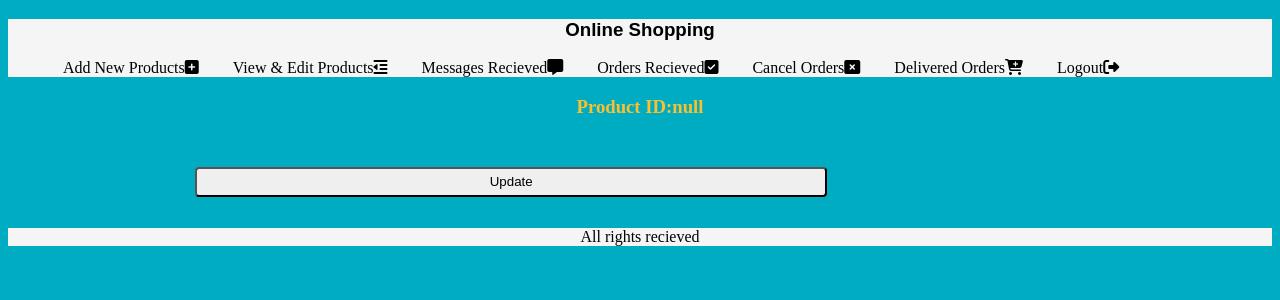
Repository: NidhiDaniel/E-Cart
Page: http://localhost/Online-Shopping-Cart/admin/edit-product.jsp
An editor plug-in stored every save of this project. The page is shown before and after the next save, followed by the edit.
The browser window is 1280 px wide. The pictures show the whole page.
Some web libraries are served in a nearby version. The page is served by Tomcat 9. Queries for data that is not in the repository find no rows.

Above is the page before, as saved 2024-01-06 05:54:36.

### Online-Shopping-Cart/src/main/webapp/admin/edit-product.jsp
<%@page import="com.db.connection.DAOConnection"%>
<%@page import="java.sql.*"%>
<%@ page language="java" contentType="text/html; charset=ISO-8859-1"
	pageEncoding="ISO-8859-1"%>
<%@include file="adminheader.jsp"%>
<!DOCTYPE html>
<html>
<head>
<meta charset="ISO-8859-1">
<title>Edit Product</title>
<link rel="stylesheet" type="text/css" href="../css/admin-product.css">
</head>
<body>
	<div class="product-container">
		<%
		String msg = request.getParameter("msg");
		if ("success".equals(msg)) {
		%>
		<p class='success-msg'>Product Updated Successfully</p>
		<%
		}
		if ("invalid".equals(msg)) {
		%>
		<p class='failure-msg'>Error Occured Check Again..!</p>
		<%
		}
		%>


		<div class="product-form">
			<%
			String id = request.getParameter("id");
			%>
			<h3>
				Product ID:<%
			out.print(id);
			%>
			</h3>
			<form action="update-product-action.jsp" method="post">
				<pre>
				<%
				id = request.getParameter("id");
				try {
					Connection con = DAOConnection.getConnection();
					Statement stmt = con.createStatement();
					ResultSet rs = stmt.executeQuery("select * from product where id=" + id);
					while (rs.next()) {%>
   						<label>Enter Name</label><br>
						<input type="text" name="name" placeholder="<%= rs.getString(2)%>">
						<label>Enter Category</label><br>
						<input type="text" name="category" placeholder="<%= rs.getString(3)%>">
						<label>Enter Price</label><br>
						<input type="text" name="price" placeholder="<%= rs.getString(4)%>">
						<label>Active</label><br>
					    <select name="active">
						<option selected><%= rs.getString(5)%></option>
						<option>No</option>
						<option>Yes</option>
					    </select><br>

					<%}
				} catch (Exception e) {
                   e.printStackTrace();
				}
				%>

			<input type="submit" value="Update">
			</pre>
			</form>
		</div>
	</div>
</body>
</html>
<%@include file="../footer.jsp"%>

### Online-Shopping-Cart/src/main/webapp/admin/adminheader.jsp
<%@ page language="java" contentType="text/html; charset=ISO-8859-1"
	pageEncoding="ISO-8859-1"%>
<!DOCTYPE html>
<html>
<head>
<meta charset="ISO-8859-1">
<title>Insert title here</title>
<link rel="stylesheet" type="text/css" href="../css/header.css">
<link rel="stylesheet" href="https://cdnjs.cloudflare.com/ajax/libs/font-awesome/4.7.0/css/font-awesome.min.css">
<script src='https://kit.fontawesome.com/a076d05399.js' crossorigin='anonymous'></script>
</head>
<body>
	<div class="header sticky">
	   <h3>Online Shopping</h3>
		<ul>
			<li><a href="addproduct.jsp"> Add New Products<i class="fa fa-plus-square"></i></a></li>
			<li><a href="product-view.jsp"> View & Edit Products<i class="fa fa-outdent"></i></a></li>
			<li><a href="#"> Messages Recieved<i class="fa fa-comment-alt"></i></a></li>
			<li><a href="#"> Orders Recieved<i class="fa fa-check-square"></i></a></li>
			<li><a href="#"> Cancel Orders<i class="fa fa-window-close"></i></a></li>
			<li><a href="#"> Delivered Orders<i class="fa fa-cart-plus"></i></a></li>
			<li><a href="#"> Logout<i class="fa fa-sign-out"></i></a></li>
		</ul>

	</div>
</body>
</html>

### Online-Shopping-Cart/src/main/webapp/footer.jsp
<%@ page language="java" contentType="text/html; charset=ISO-8859-1"
    pageEncoding="ISO-8859-1"%>
<!DOCTYPE html>
<html>
<head>
<meta charset="ISO-8859-1">
<title>Insert title here</title>
<link rel="stylesheet" type="text/css" href="../css/footer.css">
</head>
<body>
<div class="footer">
<p>All rights recieved</p>
</div>
</body>
</html>

### Online-Shopping-Cart/src/main/java/com/db/connection/DAOConnection.java
package com.db.connection;

import java.sql.Connection;
import java.sql.DriverManager;

import com.mysql.cj.jdbc.Driver;

public class DAOConnection {


public static Connection getConnection() {
	 Connection con=null;
	   try {
		DriverManager.registerDriver(new Driver());
        con=DriverManager.getConnection("jdbc:mysql://localhost:3306/online_cart","root","admin");
	} catch (Exception e) {
		e.printStackTrace();
	}
	return con;
   }
}

### Online-Shopping-Cart/src/main/webapp/css/header.css
@charset "ISO-8859-1";
body{
	background: #00ACC1;
}
.header{
	width: auto;
	height:auto;
	background: #f5f5f5;
}
.header ul li{
	list-style: none;
	display: inline-block;

}
.header h3{
	text-align: center;
	font-family: sans-serif;
	font-weight: 900;
}
.header ul li a{
	margin: 15px;
    text-decoration: none;
    color: black;
    font-weight: 500;
}

### Online-Shopping-Cart/src/main/webapp/css/admin-product.css
@charset "ISO-8859-1";
.product-container{
	width:100%;
}
.product-form h3{
	color:#FBC02D;
	text-align:center;
}
.product-form input,select{
	width:50%;
	height: 30px;
	border-radius:4px;
}
.success-msg{
	color:#FBC02D;
	text-align:center;
	font-size: 20px;
	font-weight: 600;
}
.failure-msg{
	color:#C62828;
	font-size: 20px;
	font-weight: 600;
}
.product-view-container {
	background: #f5f5f5;
}
.product-view-container table {
	width: -webkit-fill-available;
}

### Online-Shopping-Cart/src/main/webapp/css/footer.css
@charset "ISO-8859-1";
.footer{
	background: #f5f5f5;
}
.footer p{
text-align: center;
}

After the next save:
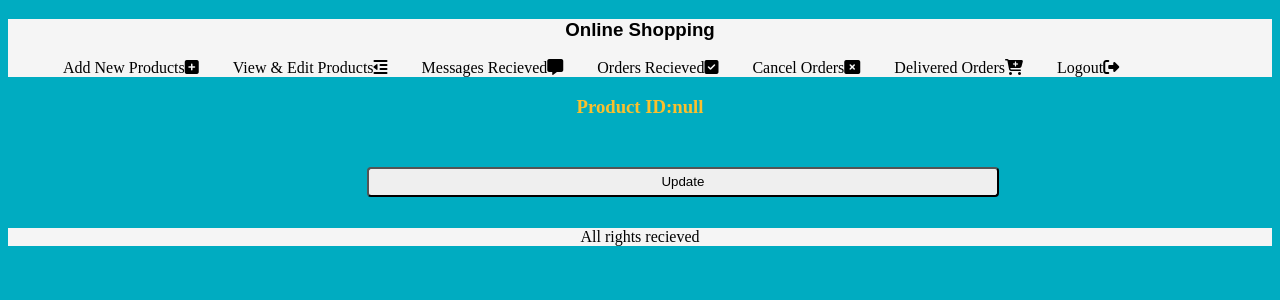
Saved 82 s later.
--- a/Online-Shopping-Cart/src/main/webapp/admin/edit-product.jsp
+++ b/Online-Shopping-Cart/src/main/webapp/admin/edit-product.jsp
@@ -64,7 +64,7 @@
 				}
 				%>
 
-			<input type="submit" value="Update">
+			                      <input type="submit" value="Update">
 			</pre>
 			</form>
 		</div>
